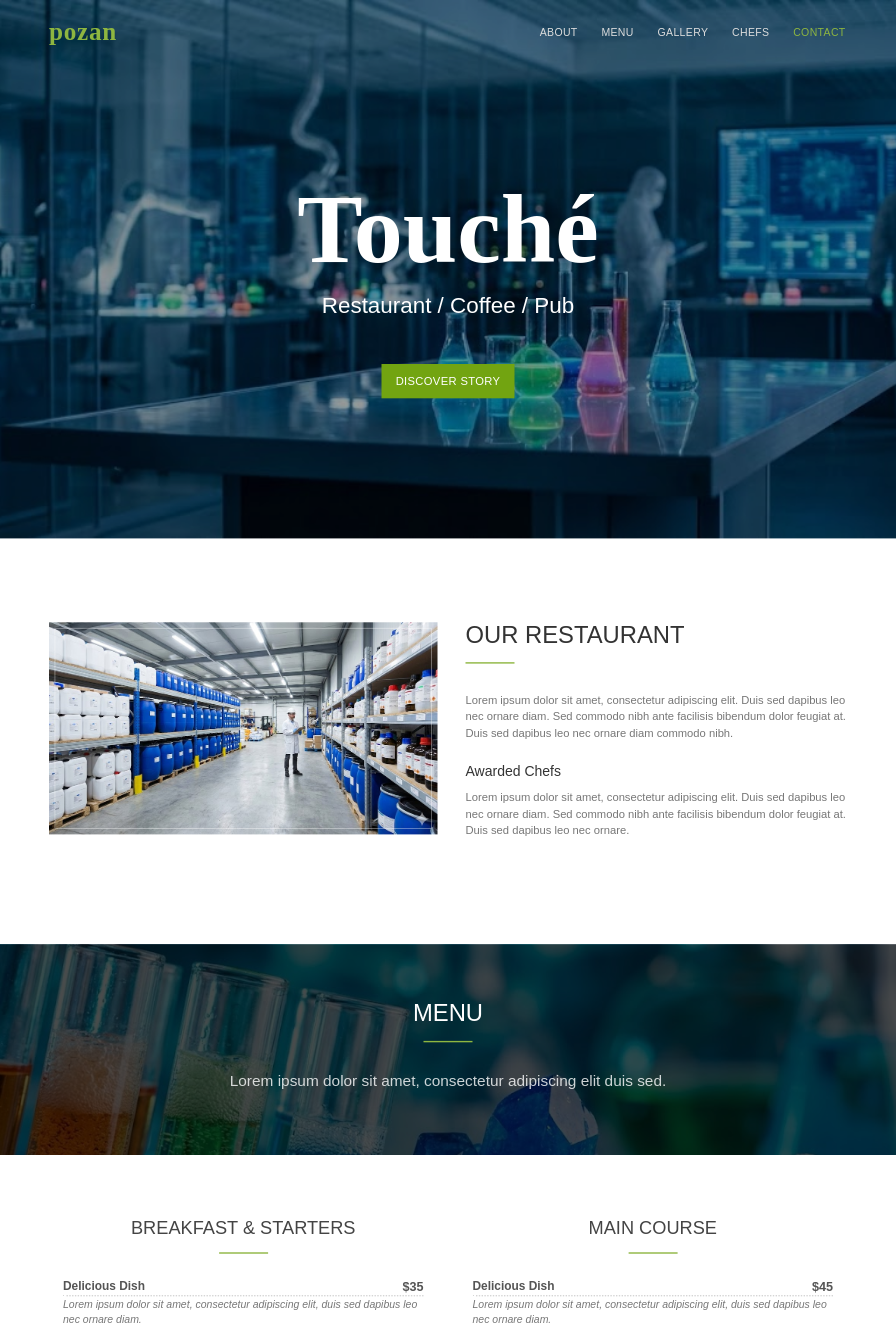
Repository: fzan-ghlii/mystore
Page: index.html
The author's editor kept a copy of each file at every save. The page is drawn from the files as they stood at one save, then again after the next save.
The browser window is 1280 px wide. The pictures show the part of the page from y = 0 to 1920 px (the page is 6653 px tall), at 70% of full size.
A picture or video elsewhere on the page could not be fetched, so the positions and the page height are approximate. Backgrounds fixed to the window are drawn as part of the page. Some web fonts or font styles are not loaded; a fallback is used.

Above is the page before, as saved 2025-11-24 12:41:00.
Console error: ReferenceError: refresh is not defined

After the next save:
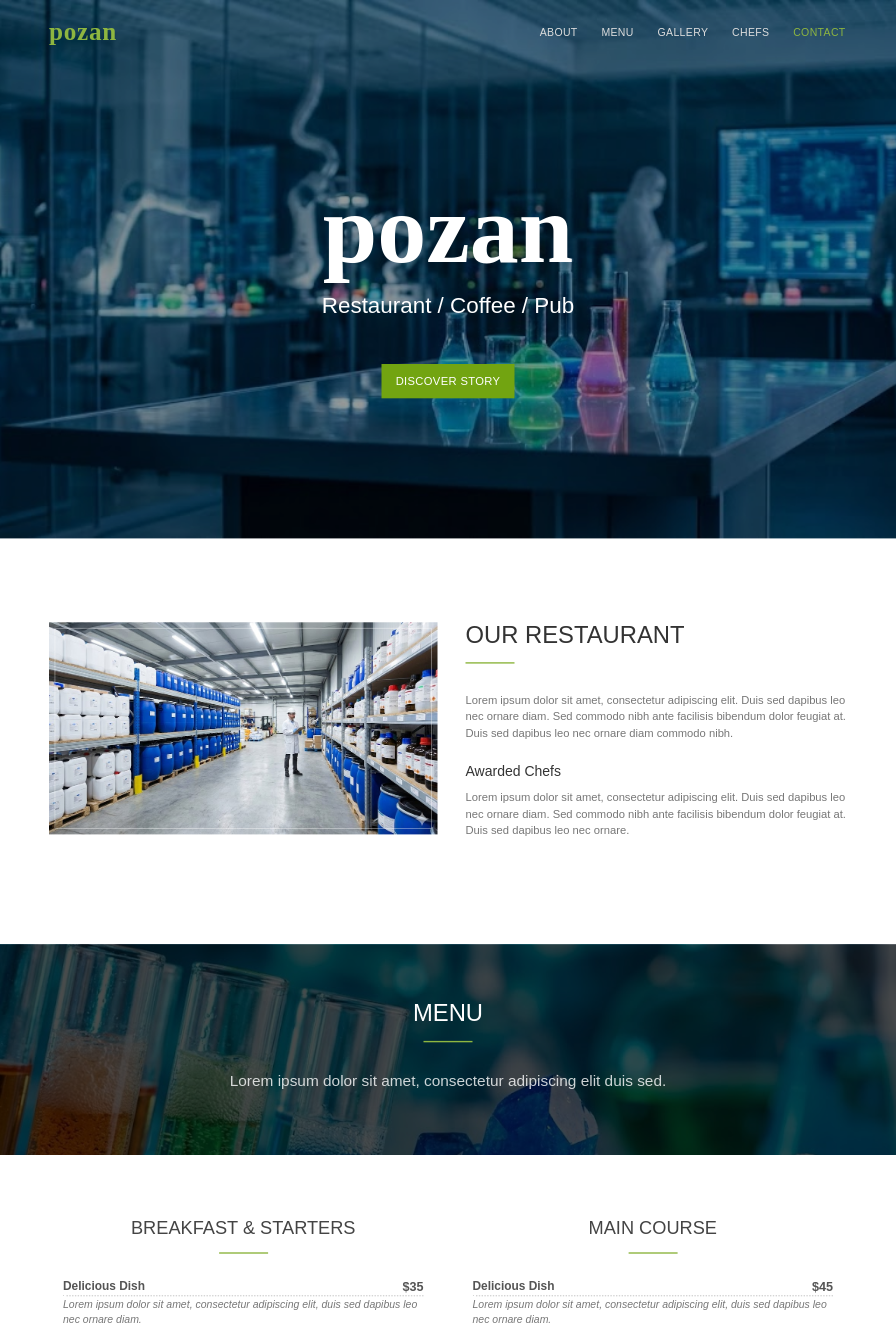
Saved 20 s later.
--- a/index.html
+++ b/index.html
@@ -64,7 +64,7 @@
       <div class="container">
         <div class="row">
           <div class="intro-text">
-            <h1>Touché</h1>
+            <h1>pozan</h1>
             <p>Restaurant / Coffee / Pub</p>
             <a href="#about" class="btn btn-custom btn-lg page-scroll">Discover Story</a> </div>
         </div>
